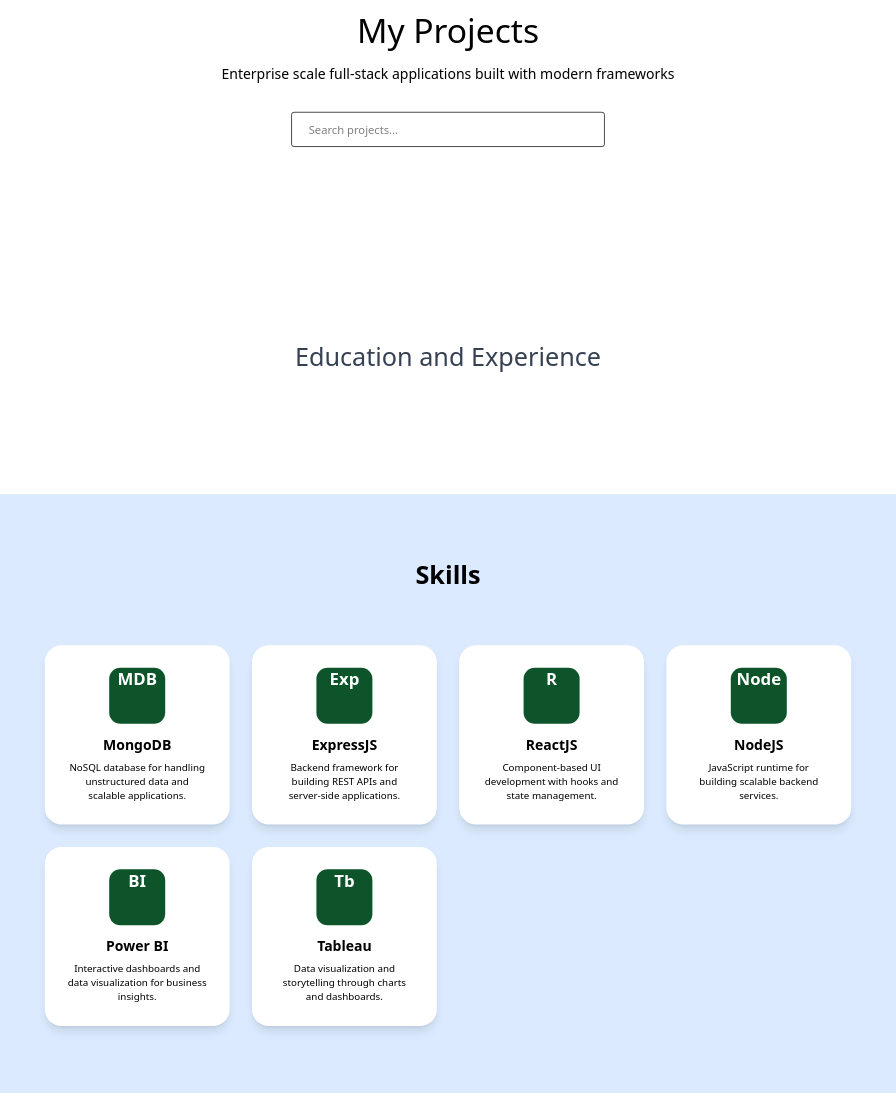
Repository: Rhaashee/myProfile
Page: index.html
The author's editor kept a copy of each file at every save. The page is drawn from the files as they stood at one save, then again after the next save.
The browser window is 1280 px wide. The pictures show the part of the page from y = 877 to 2797 px (the page is 2439 px tall before and 3161 px after), at 70% of full size.

Above is the page before, as saved 2026-04-27 17:11:34.
Console error: SyntaxError: Identifier 'projectsData' has already been declared

After the next save:
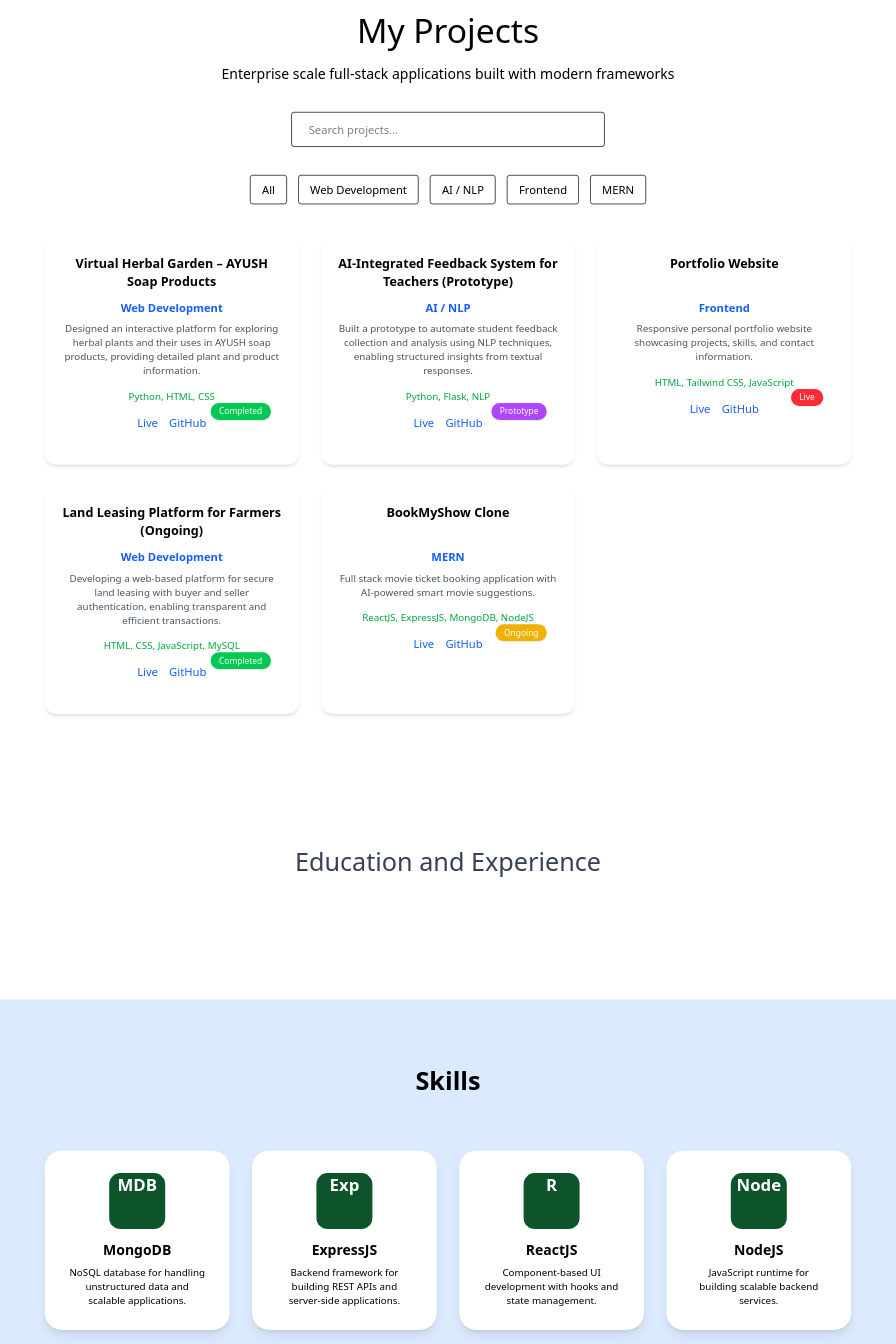
Saved 34 s later.
--- a/js/features/project-search.js
+++ b/js/features/project-search.js
@@ -1,33 +1,23 @@
-// render all projects initially
-document.addEventListener("DOMContentLoaded", function () {
-    filterProject(projectsData);
-});
+document.addEventListener("DOMContentLoaded", () => {
 
-document.addEventListener("DOMContentLoaded", function () {
+  const searchInput = document.getElementById("project-search");
 
-    const searchInput = document.getElementById("project-search");
+  // initial render
+  renderProjects(projectsData);
+  renderFilters();
 
-    // show all projects initially
-    filterProject(projectsData);
+  searchInput.addEventListener("input", () => {
 
-    if (searchInput) {
-        searchInput.addEventListener("input", function () {
+    const term = searchInput.value.toLowerCase();
 
-            const searchTerm = searchInput.value.toLowerCase();
+    const filtered = projectsData.filter((p) =>
+      p.name.toLowerCase().includes(term) ||
+      p.description.toLowerCase().includes(term) ||
+      p.technologies.join(" ").toLowerCase().includes(term) ||
+      p.category.toLowerCase().includes(term)
+    );
 
-            const filteredProjects = projectsData.filter(function (project) {
-                return (
-                    project.name.toLowerCase().includes(searchTerm) ||
-                    project.description.toLowerCase().includes(searchTerm) ||
-                    (project.technologies &&
-                        project.technologies.join(" ").toLowerCase().includes(searchTerm)) ||
-                    (project.category &&
-                        project.category.toLowerCase().includes(searchTerm))
-                );
-            });
-
-            filterProject(filteredProjects);
-        });
-    }
+    renderProjects(filtered);
+  });
 
 });
